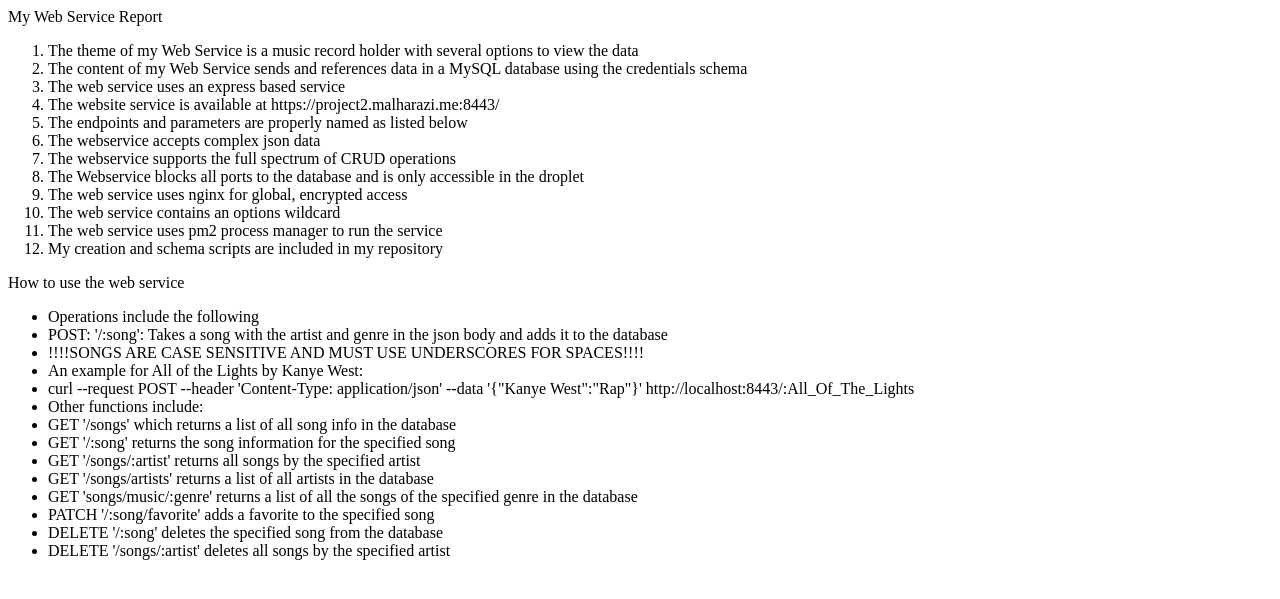
Repository: alharama/WebService
Page: report.html
These files come from the project's save history. The page is drawn as it stood at one moment and after the next save; the edit follows.
The browser window is 1280 px wide. The pictures show the whole page.

Above is the page before, as saved 2021-11-01 19:06:15.

After the next save:
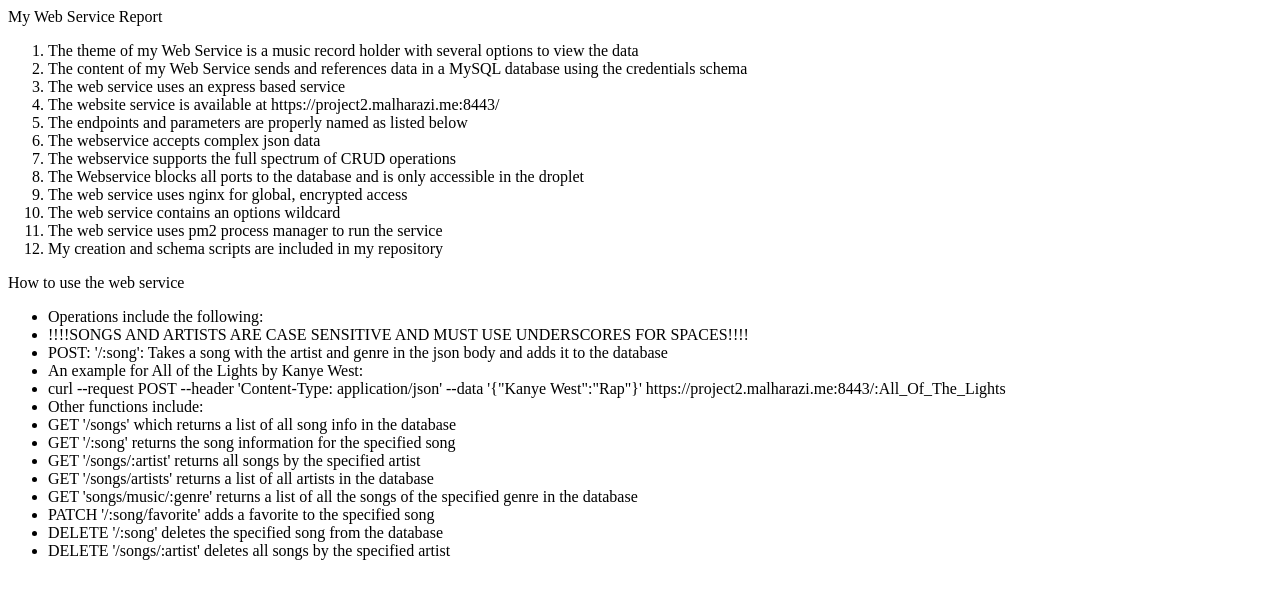
Saved 2 min 8 s later.
--- a/report.html
+++ b/report.html
@@ -34,18 +34,20 @@
 
     How to use the web service
     <ul>
-      <li>Operations include the following</li>
+      <li>Operations include the following:</li>
+      <li>
+        !!!!SONGS AND ARTISTS ARE CASE SENSITIVE AND MUST USE UNDERSCORES FOR
+        SPACES!!!!
+      </li>
       <li>
         POST: '/:song': Takes a song with the artist and genre in the json body
         and adds it to the database
       </li>
-      <li>
-        !!!!SONGS ARE CASE SENSITIVE AND MUST USE UNDERSCORES FOR SPACES!!!!
-      </li>
       <li>An example for All of the Lights by Kanye West:</li>
       <li>
         curl --request POST --header 'Content-Type: application/json' --data
-        '{"Kanye West":"Rap"}' http://localhost:8443/:All_Of_The_Lights
+        '{"Kanye West":"Rap"}'
+        https://project2.malharazi.me:8443/:All_Of_The_Lights
       </li>
       <li>Other functions include:</li>
       <li>
